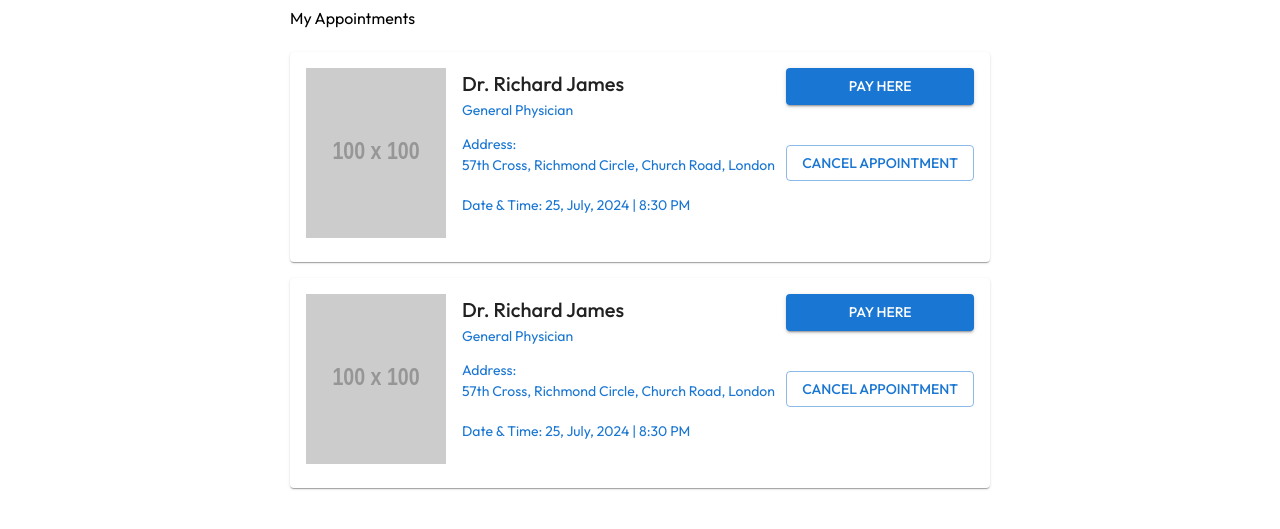
Repository: Ali-Dmerdash/DEPI_GRAD
Page: /
The author's editor kept a copy of each file at every save. The page is drawn from the files as they stood at one save, then again after a run of saves.
The browser window is 1280 px wide. The pictures show the whole page.
The project was rebuilt for these pictures with package versions that can differ from the ones it lists, and the page was loaded fresh each time. Also part of the build but not shown: vite.config.ts.

Above is the page before, as saved 2024-10-08 21:21:16.

After the next 2 saves:
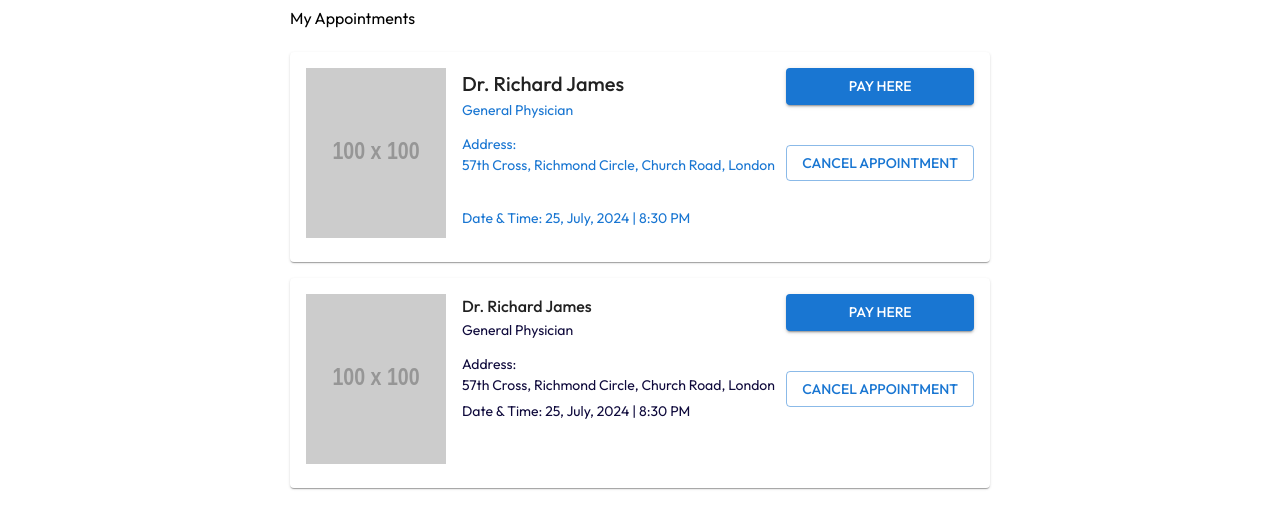
The 2 saves are shown as one change because they came seconds apart.
The last was saved 20 s later.
--- a/src/pages/myappointment/index.tsx
+++ b/src/pages/myappointment/index.tsx
@@ -30,7 +30,7 @@ const MyAppointment: React.FC = () => {
                 <Typography
                   color="primary"
                   fontSize="14px"
-                  sx={{ marginBottom: "6%" }}
+                  sx={{ marginBottom: "10%" }}
                 >
                   Address: <br /> 57th Cross, Richmond Circle, Church Road,
                   London
@@ -68,25 +68,25 @@ const MyAppointment: React.FC = () => {
                 style={{ width: "140px", height: "170px", marginRight: "16px" }}
               />
               <Box flexGrow={1}>
-                <Typography variant="h6" fontSize="20px">
+                <Typography variant="h6" fontSize="16px">
                   Dr. Richard James
                 </Typography>
                 <Typography
-                  color="primary"
+                  color="#0F0A3C"
                   fontSize="14px"
                   sx={{ marginBottom: "4%" }}
                 >
                   General Physician
                 </Typography>
                 <Typography
-                  color="primary"
+                  color="#0F0A3C"
                   fontSize="14px"
-                  sx={{ marginBottom: "6%" }}
+                  sx={{ marginBottom: "5px" }}
                 >
-                  Address: <br /> 57th Cross, Richmond Circle, Church Road,
-                  London
+                  Address: <br />
+                  57th Cross, Richmond Circle, Church Road, London
                 </Typography>
-                <Typography color="primary" fontSize="14px">
+                <Typography color="#0F0A3C" fontSize="14px">
                   Date & Time: 25, July, 2024 | 8:30 PM
                 </Typography>
               </Box>
